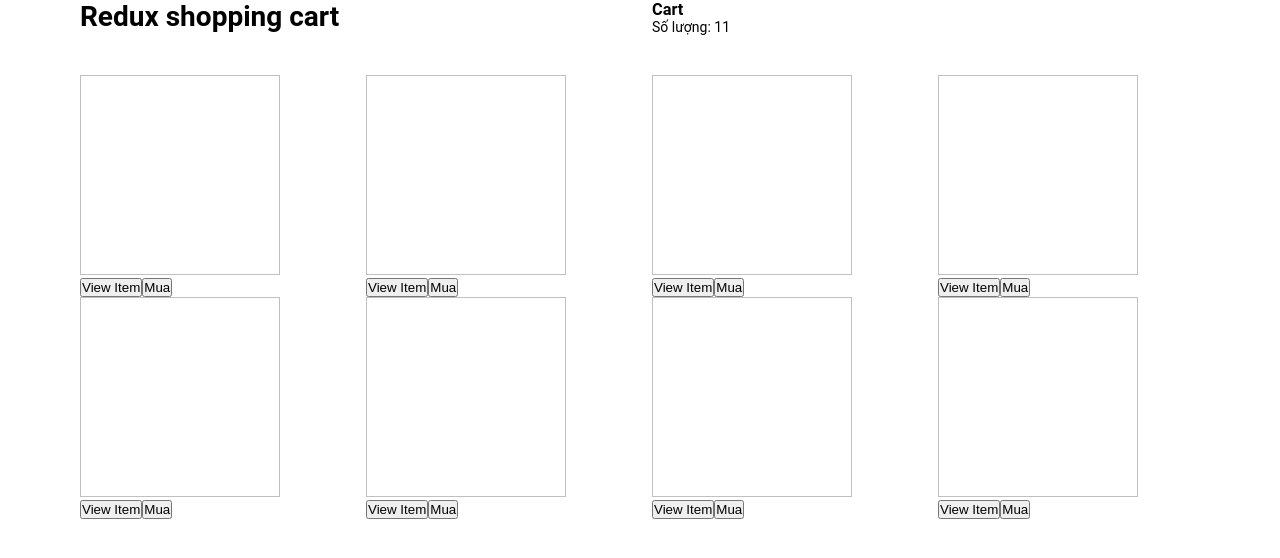
Repository: tungdt-95/test
Page: /
An editor plug-in stored every save of this project. The page is shown before and after the next save, followed by the edit.
The browser window is 1280 px wide. The pictures show the whole page.
The project was rebuilt for these pictures with package versions that can differ from the ones it lists, and the page was loaded fresh each time. Also part of the build but not shown: src/App.css, src/component/Cart.js.

Above is the page before, as saved 2022-01-04 19:58:58.

After the next save:
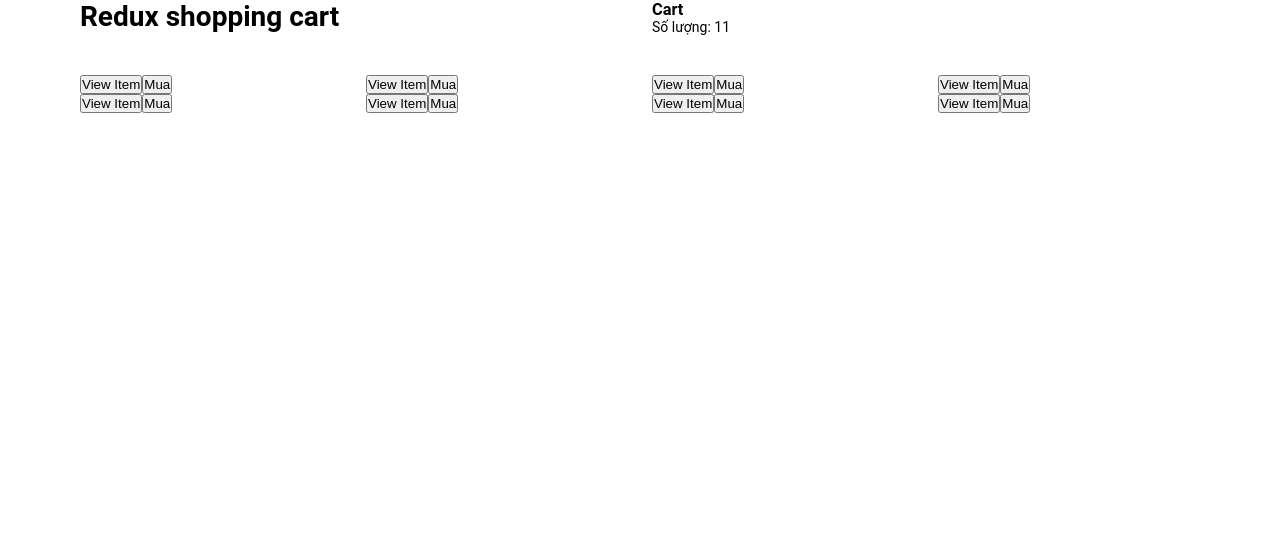
Saved 54 s later.
--- a/src/component/Product.js
+++ b/src/component/Product.js
@@ -4,8 +4,7 @@
 const Product = (productData) => {
     return (
         <div className='col l-3'>
-            <img src={productData.img}></img>
-            <h4>{productData.title}</h4>
+             <h4>{productData.title}</h4>
             <h4>{productData.price}</h4>
             <Link to="/product/someID">
                 <button >View Item</button>

After the 3 saves that followed:
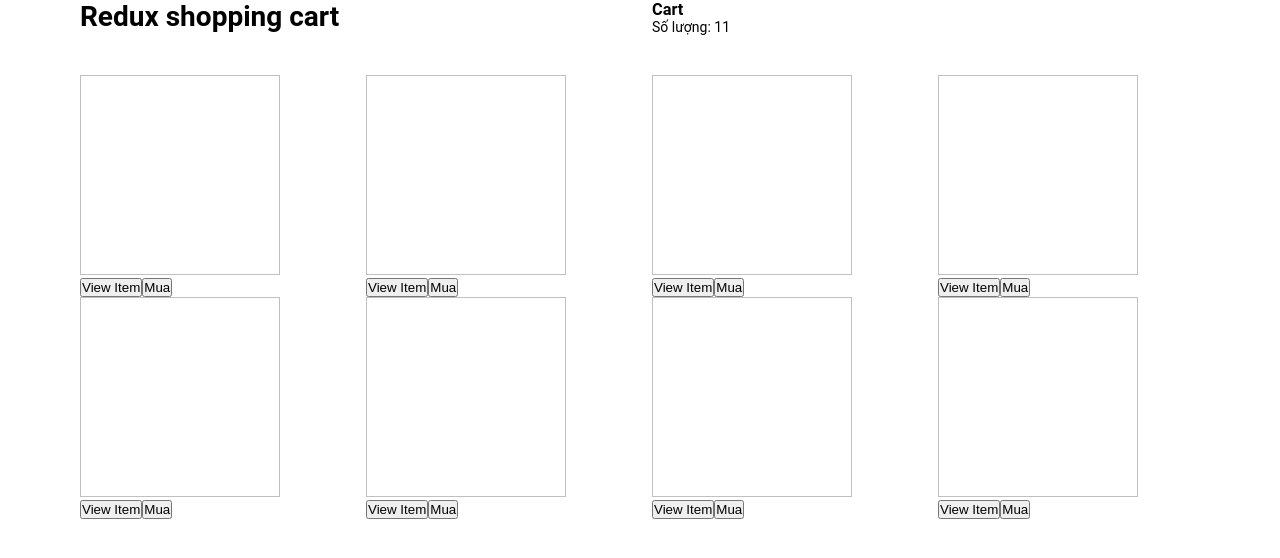
The 3 saves are shown as one change because they came seconds apart.
The last was saved 8 s later.
--- a/src/component/Product.js
+++ b/src/component/Product.js
@@ -4,7 +4,8 @@
 const Product = (productData) => {
     return (
         <div className='col l-3'>
-             <h4>{productData.title}</h4>
+            <img src={productData.img} alt=''></img>
+            <h4>{productData.title}</h4>
             <h4>{productData.price}</h4>
             <Link to="/product/someID">
                 <button >View Item</button>
